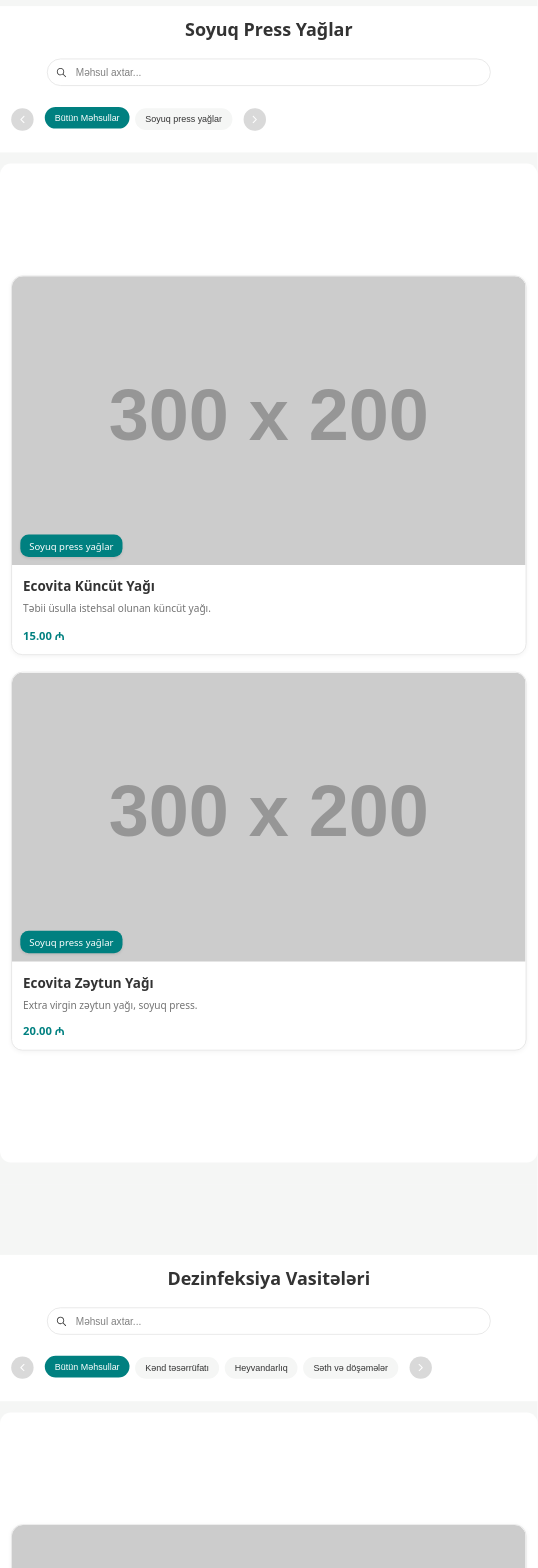
Repository: ferhadsultan98/ecovita
Page: /
The author's editor kept a copy of each file at every save. The page is drawn from the files as they stood at one save, then again after a run of saves.
The browser window is 768 px wide. The pictures show the part of the page from y = 1294 to 3534 px (the page is 7675 px tall before and 7099 px after), at 70% of full size.
The project was rebuilt for these pictures with package versions that can differ from the ones it lists, and the page was loaded fresh each time. Also part of the build but not shown: vite.config.js.

Above is the page before, as saved 2025-05-06 11:21:39.

After the next 2 saves:
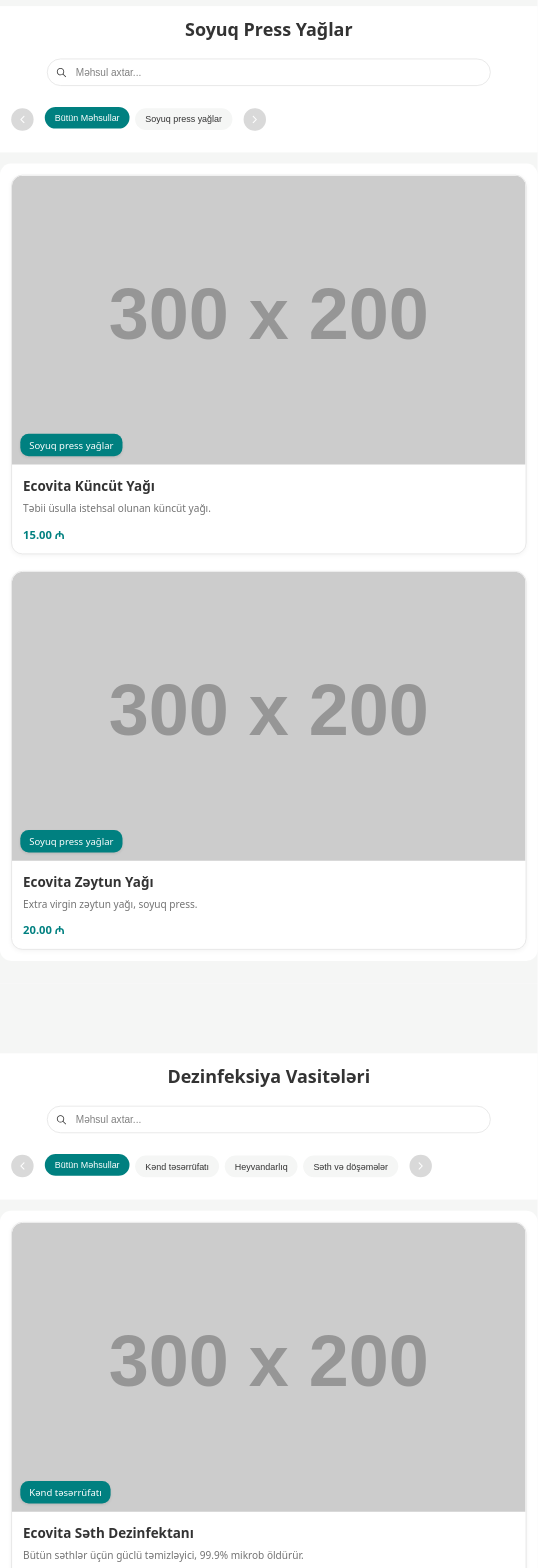
The 2 saves are shown as one change because they came seconds apart.
The last was saved 6 min 59 s later.
--- a/src/Pages/MenuSection/MenuSection.scss
+++ b/src/Pages/MenuSection/MenuSection.scss
@@ -6,7 +6,7 @@
 
 // Assuming header height (including padding) is roughly 80px on desktop, 70px on mobile
 $header-height-desktop: 100px;
-$header-height-mobile: 55px;
+$header-height-mobile: 70px;
 
 .menu-section {
   padding: 120px 0 2rem 0; // Increased top padding to account for fixed header
@@ -21,7 +21,7 @@
       top: $header-height-desktop; // Adjusted to sit below the fixed header
       left: 0;
       width: 100%;
-      z-index: 500;
+      z-index: 1000;
       background: rgba($secondary-color, 0.98);
       backdrop-filter: blur(10px);
 
@@ -207,7 +207,7 @@
   }
 
   .menu-content {
-    padding: 16rem 1rem;
+    padding: 2rem 1rem;
     background: $secondary-color;
     border-radius: 16px;
     margin: 1rem auto;
@@ -451,7 +451,7 @@
     }
 
     .menu-content {
-      padding: 10rem 1rem;
+      padding: 1rem;
 
       .menu-grid {
         grid-template-columns: 1fr;
